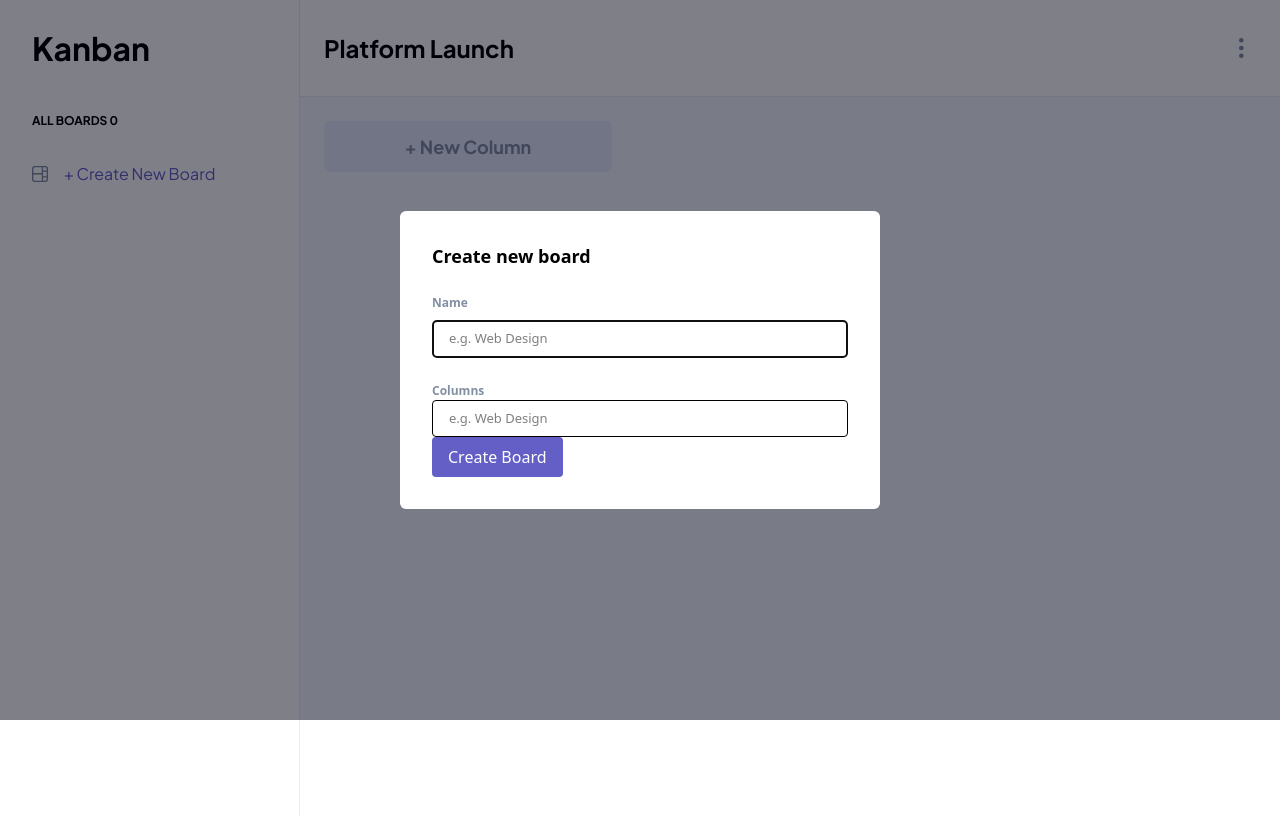
Repository: Baraajad231/Kanban-Board
Page: /, after clicking the first element matching `button.w-full`
An editor plug-in stored every save of this project. The page is shown before and after the next save, followed by the edit.
The browser window is 1280 px wide. The pictures show the whole page.
The project was rebuilt for these pictures with package versions that can differ from the ones it lists, and the page was loaded fresh each time. Also part of the build but not shown: vite.config.js, src/components/Card.jsx, src/components/Column.jsx.

Above is the page before, as saved 2026-03-25 18:03:09.

### index.html
<!doctype html>
<html lang="en">
  <head>
    <meta charset="UTF-8" />
    <meta name="viewport" content="width=device-width, initial-scale=1.0" />
    <link rel="preconnect" href="https://fonts.googleapis.com" />
    <link rel="preconnect" href="https://fonts.gstatic.com" crossorigin />
    <link
      href="https://fonts.googleapis.com/css2?family=Plus+Jakarta+Sans:ital,wght@0,200..800;1,200..800&display=swap"
      rel="stylesheet"
    />
    <title>kanban-board</title>
  </head>
  <body>
    <div id="root"></div>
    <script type="module" src="/src/main.jsx"></script>
  </body>
</html>

### src/index.css
@import "tailwindcss";

@theme {
  --font-jakarta: "Plus Jakarta Sans", sans-serif;

  --color-transparent: transparent;
  --color-current: currentColor;

  --color-main-purple: #635fc7;
  --color-main-purple-hover: #a8a4ff;
  --color-white: #ffffff;
  --color-black: #000112;
  --color-very-dark-grey: #1e1e1e;
  --color-dark-grey: #2b2c37;
  --color-lines: #3e3f4e;
  --color-medium-grey: #828fa3;
  --color-lines-light: #e4ebfa;
  --color-light-grey: #f4f7fd;
  --color-red: #ea5555;
  --color-red-hover: #ff9898;

  /* أحجام الخطوط - التنسيق صحيح جداً لـ Tailwind v4 */
  --text-heading-s: 0.75rem;
  --text-heading-s--font-weight: 700;

  --text-heading-m: 0.9rem;
  --text-heading-m--font-weight: 700;

  --text-heading-l: 1.125rem;
  --text-heading-l--font-weight: 700;

  --text-heading-xl: 1.5rem;
  --text-heading-xl--font-weight: 700;

  --text-body-m: 0.75rem;
  --text-body-m--font-weight: 700;

  --text-body-l: 0.8125rem;
  --text-body-l--font-weight: 500;
}

### src/App.jsx
import Header from "@components/Header";
import SideMenu from "@components/SideMenu";
import WorkSpace from "@components/WorkSpace";
import { useState } from "react";
import { DataContext } from "./DataContext";

function App() {
  const [dataState, setDataState] = useState([]);
  const [selectedBoardIndex, setSelectedBoardIndex] = useState(0);
  return (
    <DataContext.Provider value={{ data: dataState, setData: setDataState }}>
      <div className="font-jakarta flex h-screen flex-col">
        <Header />
        <div className="flex flex-1">
          <SideMenu
            selectedBoardIndex={selectedBoardIndex}
            setSelectedBoardIndex={setSelectedBoardIndex}
          />
          <WorkSpace columns={dataState[selectedBoardIndex]?.columns} />
        </div>
      </div>
    </DataContext.Provider>
  );
}

export default App;

### src/components/Header.jsx
import { useState } from "react";
import DialogPrimitive from "./DialogPrimitive";
import DropdownPrimitive from "./DropDownPrimitive";
import iconVerticalEllipsis from "@assets/icon-vertical-ellipsis.svg";

const Header = () => {
  const [open, setOpen] = useState(false);
  const onEditBoard = () => setOpen(true);
  const onDeleteBoard = () => {
    if (window.confirm("Are you sure you want to delete this board?")) {
      console.log("Delete Board");
    }
  };
  return (
    <header className="flex h-24.25 shrink-0 items-center">
      <div className="border-lines-light flex w-75 items-center gap-4 self-stretch border-r border-b pl-8 text-[32px] font-bold">
        Kanban
      </div>

      <div className="border-lines-light flex flex-1 items-center justify-between self-stretch border-b pr-6 pl-6">
        <h2 className="text-heading-xl">Platform Launch</h2>

        <DropdownPrimitive
          items={{
            "edit ": {
              label: "Edit Board",
              onClick: onEditBoard,
            },
            "delete ": {
              label: "Delete Board",
              onClick: onDeleteBoard,
            },
          }}
          triggerComponent={() => (
            <button className="text-main-purple hover:bg-main-purple/10 flex items-center gap-1 rounded-full p-3">
              <img src={iconVerticalEllipsis} alt="icon vertical ellipsis" />
            </button>
          )}
        />

        <DialogPrimitive isOpen={open} setOpen={setOpen} title="Edit Board">
          Hello world
        </DialogPrimitive>
      </div>
    </header>
  );
};

export default Header;

### src/components/SideMenu.jsx
import clsx from "clsx";
import { useContext, useState } from "react";
import DialogPrimitive from "./DialogPrimitive";
import boardIcon from "@assets/icon-board.svg";
import { DataContext } from "@/DataContext";
import AddNewBoardForm from "./AddNewBoardForm";

/**
 *
 * @param {Object} props
 * @param {Number} props.selectedBoardIndex
 * @param {Function} props.setSelectedBoardIndex
 * @returns {JSX.Element}
 */

const SideMenu = ({ selectedBoardIndex, setSelectedBoardIndex }) => {
  const [open, setOpen] = useState(false);
  const onAddNewBoard = () => setOpen(true);
  const { data } = useContext(DataContext);
  return (
    <aside className="side-menu border-lines-light -mt-px h-screen w-75 border-r bg-white">
      <p className="text-heading-s px-8 py-4">ALL BOARDS {data.length}</p>
      <ul>
        {data.map((item, index) => (
          <li key={item.id}>
            <button
              data-isActive={index === selectedBoardIndex}
              className={clsx(
                "text-heading-m text-medium-grey data-[isactive=false]:hover:bg-main-purple/10 data-[isactive=false]:hover:text-main-purple flex w-11/12 items-center gap-4 rounded-e-full px-8 py-4 transition",
                {
                  "bg-main-purple hover:bg-main-purple text-white!":
                    index === selectedBoardIndex,
                },
              )}
              onClick={() => setSelectedBoardIndex(index)}
            >
              <img src={boardIcon} alt="boardIcon" />
              {item.title}
            </button>
          </li>
        ))}
        <li className="px-8 py-4">
          <DialogPrimitive
            isOpen={open}
            setOpen={setOpen}
            title="Create new board"
            triggerComponent={() => (
              <button
                onClick={onAddNewBoard}
                className="text-main-purple flex w-full items-center gap-4"
              >
                <img src={boardIcon} alt="boardIcon" />+ Create New Board
              </button>
            )}
          >
            <AddNewBoardForm />
          </DialogPrimitive>
        </li>
      </ul>
    </aside>
  );
};
export default SideMenu;

### src/components/WorkSpace.jsx
import Column from "./Column";

/**
 *
 * @param {Object} props
 * @param {Array} props.columns
 * @param {Number} props.columns.id
 * @param {Array} props.columns.tasks
 * @param {string} props.columns.title
 * @returns {JSX.Element}
 */

const WorkSpace = ({ columns = [] }) => {
  return (
    <div className="bg-light-grey flex h-[calc(100vh-97px)] flex-1 gap-6 overflow-auto p-6">
      {columns.map((column) => (
        <Column key={column.id} title={column.title} tasks={column.tasks} />
      ))}

      <button className="bg-lines-light text-heading-l text-medium-grey w-72 shrink-0 self-start rounded-md p-3">
        + New Column
      </button>
    </div>
  );
};

export default WorkSpace;

### src/DataContext.js
import React from "react";

export const DataContext = React.createContext();

### src/components/DialogPrimitive.jsx
import { Dialog } from "radix-ui";

/**
 * DialogPrimitive component
 * @param {Object} props
 * @param {string} props.title - The title of the dialog
 * @param {Function} props.triggerComponent - The component that triggers the dialog
 * @param {JSX.Element} props.children - The children components
 * @param {boolean} props.isOpen - A boolean to determine if the dialog is open
 * @param {Function} props.setOpen - A function to set the dialog state
 * @returns {JSX.Element}
 */

const DialogPrimitive = ({
  title,
  triggerComponent,
  children,
  isOpen,
  setOpen,
}) => (
  <Dialog.Root open={isOpen} onOpenChange={setOpen}>
    <Dialog.Trigger asChild>
      {triggerComponent && triggerComponent()}
    </Dialog.Trigger>
    <Dialog.Portal>
      <Dialog.Overlay className="data-[state=open]:animate-overlayShow fixed inset-0 bg-black/50" />
      <Dialog.Content className="data-[state=open]:animate-contentShow fixed top-[50%] left-[50%] max-h-[85vh] w-120 translate-x-[-50%] translate-y-[-50%] overflow-auto rounded-md bg-white p-8 focus:outline-none">
        <Dialog.Title className="text-heading-l">{title}</Dialog.Title>
        {children}
      </Dialog.Content>
    </Dialog.Portal>
  </Dialog.Root>
);

export default DialogPrimitive;

### src/components/DropDownPrimitive.jsx
import * as React from "react";
import { DropdownMenu } from "radix-ui";
import clsx from "clsx";
// طريقة بتخلينا نعمل document لل component تاعنا
// jsdocs
/**
 * @param {Object} props
 * @param {Function} props.triggerComponent
 * @param {Object} props.items
 * @param {string} props.items.label -- the text that will be shown in the dropdown item
 * @param {Function} props.items.onClick -- the function that will be called when the dropdown item is clicked
 * @returns {JSX.Element}
 */
const DropdownPrimitive = ({ triggerComponent, items }) => {
  return (
    <DropdownMenu.Root>
      <DropdownMenu.Trigger asChild>
        {triggerComponent && triggerComponent()}
      </DropdownMenu.Trigger>

      <DropdownMenu.Portal>
        <DropdownMenu.Content
          className="data-[side=bottom]:animate-slideUpAndFade data-[side=left]:animate-slideRightAndFade data-[side=right]:animate-slideLeftAndFade data-[side=top]:animate-slideDownAndFade min-w-55 rounded-md bg-white p-1.25 shadow-[0px_10px_38px_-10px_rgba(22,23,24,0.35),0px_10px_20px_-15px_rgba(22,23,24,0.2)] will-change-[opacity,transform]"
          sideOffset={32}
        >
          {items &&
            Object.keys(items).map((item) => (
              <DropdownMenu.Item
                key={items[item].label}
                onClick={items[item].onClick}
                className={clsx(
                  "group text-body-l data-highlighted:bg-light-grey cursor-pointer p-4 leading-none outline-none",
                  {
                    "text-red": items[item].label.includes("Delete"),
                  },
                )}
              >
                {items[item].label}
              </DropdownMenu.Item>
            ))}
        </DropdownMenu.Content>
      </DropdownMenu.Portal>
    </DropdownMenu.Root>
  );
};

export default DropdownPrimitive;

### src/components/AddNewBoardForm.jsx
import TextField from "./TextField";

const AddNewBoardForm = () => {
  return (
    <form>
      <div>
        <h3 className="text-body-m text-medium-grey pt-6 pb-2">Name </h3>
        <TextField placeholder="e.g. Web Design" name="boardName" required />
      </div>
      <div className="flex flex-col gap-2">
        <h3 className="text-body-m text-medium-grey pt-6">Columns </h3>
      </div>
      <div>
        <TextField placeholder="e.g. Web Design" name="columnName" required />
      </div>
      <button className="bg-main-purple rounded px-4 py-2 text-white">
        Create Board
      </button>
    </form>
  );
};
export default AddNewBoardForm;

### src/components/TextField.jsx
import clsx from "clsx";

/**
 * @param {Object} props
 * @param {String} props.placeholder
 * @param {Boolean} props.isInvalid
 * @param {String} props.name
 * @param {Boolean} props.required
 * @param {String} props.defaultValue
 * @returns
 */

const TextField = ({
  placeholder,
  isInvalid,
  name,
  required,
  defaultValue,
}) => {
  return (
    <div className="relative flex min-w-80 flex-1 items-center">
      {isInvalid && (
        <span className="text-body-l text-red absolute right-4 text-sm">
          Can't be empty
        </span>
      )}

      <input
        type="text"
        name={name}
        defaultValue={defaultValue}
        placeholder={placeholder}
        required={required}
        className={clsx(
          "border-medium-gray/25 text-body-l w-full rounded-sm border py-2 pl-4",
          {
            "border-red pr-32": isInvalid,
            "pr-4": !isInvalid,
          },
        )}
      />
    </div>
  );
};

export default TextField;

Loaded but not shown: src/main.jsx (common file)

After the next save:
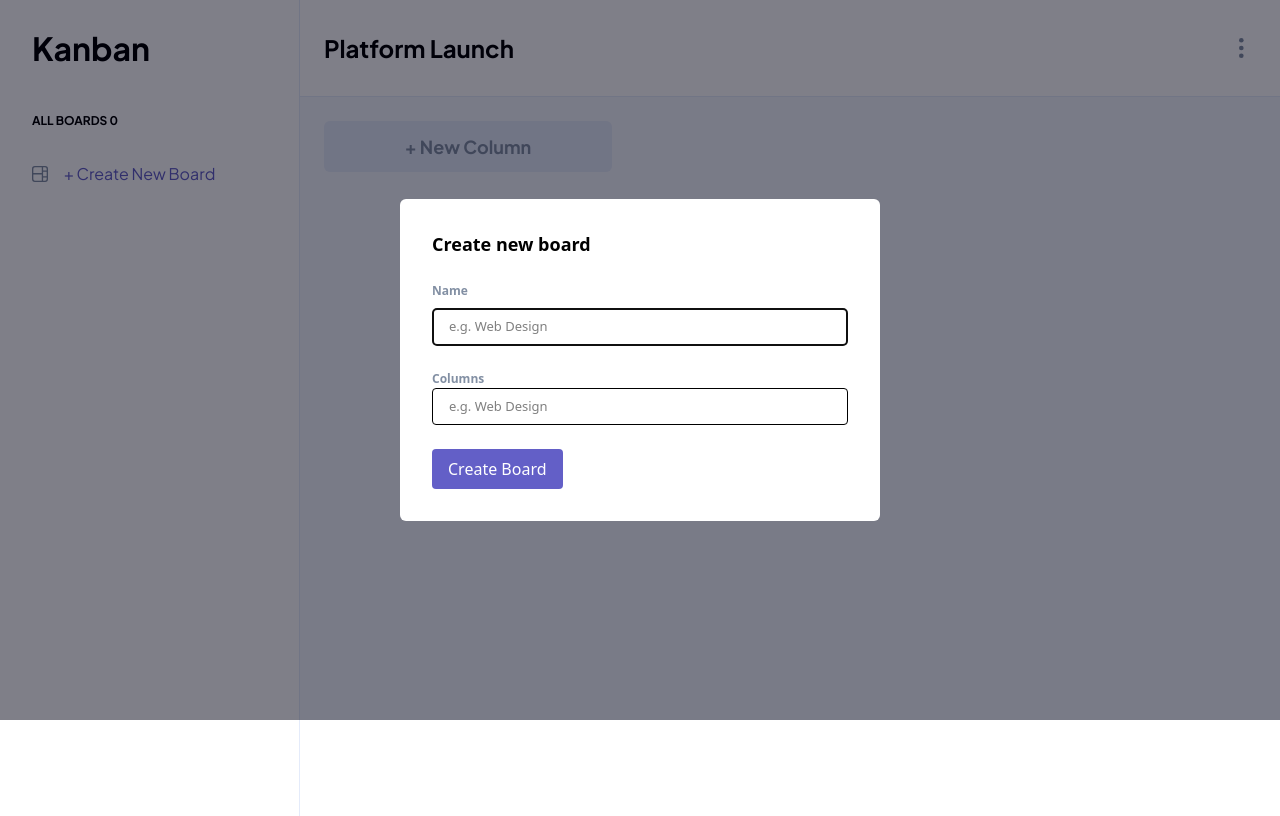
Saved 17 s later.
--- a/src/components/AddNewBoardForm.jsx
+++ b/src/components/AddNewBoardForm.jsx
@@ -12,6 +12,7 @@ const AddNewBoardForm = () => {
       </div>
       <div>
         <TextField placeholder="e.g. Web Design" name="columnName" required />
+        <button onClick={false}></button>
       </div>
       <button className="bg-main-purple rounded px-4 py-2 text-white">
         Create Board
